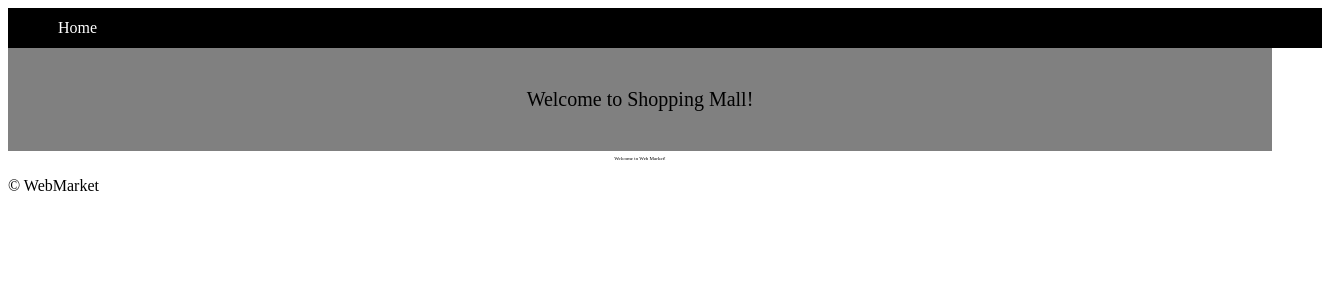
Repository: sunyeongan/Univ_lecture
Page: http://localhost/week7_jsp/ex5.jsp
These files come from the project's save history. The page is drawn as it stood at one moment and after the next save; the edit follows.
The browser window is 1280 px wide. The page is 1322 px wide, then 1280 px, so the pictures cover 1322 px, including what lies to the right of the window. The pictures show the whole page.
The page is served by Tomcat 9.

Above is the page before, as saved 2022-04-14 03:05:09.

After the next save:
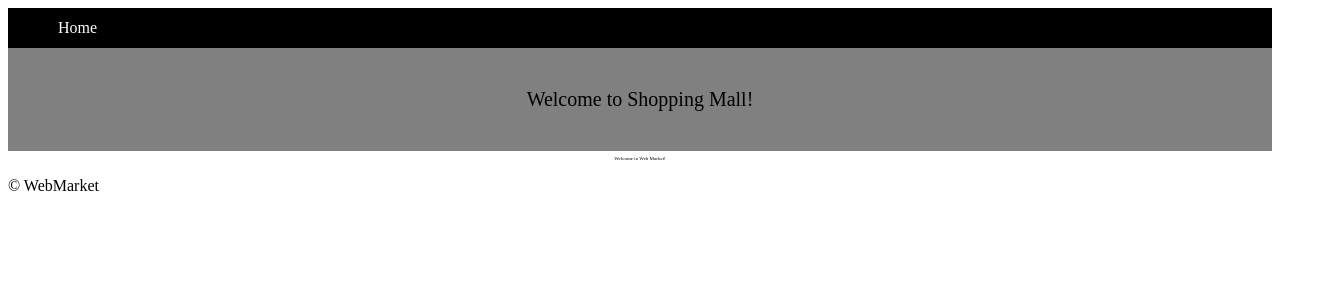
Saved 27 s later.
--- a/WebSever_2022/work/week7/week7_jsp/src/main/webapp/ex5.jsp
+++ b/WebSever_2022/work/week7/week7_jsp/src/main/webapp/ex5.jsp
@@ -10,7 +10,6 @@
 		text-align : center;
 	}
 	.site{
-		width : 100%;
 		height : 40px;
 		line-height : 40px;
 		background-color : black;
